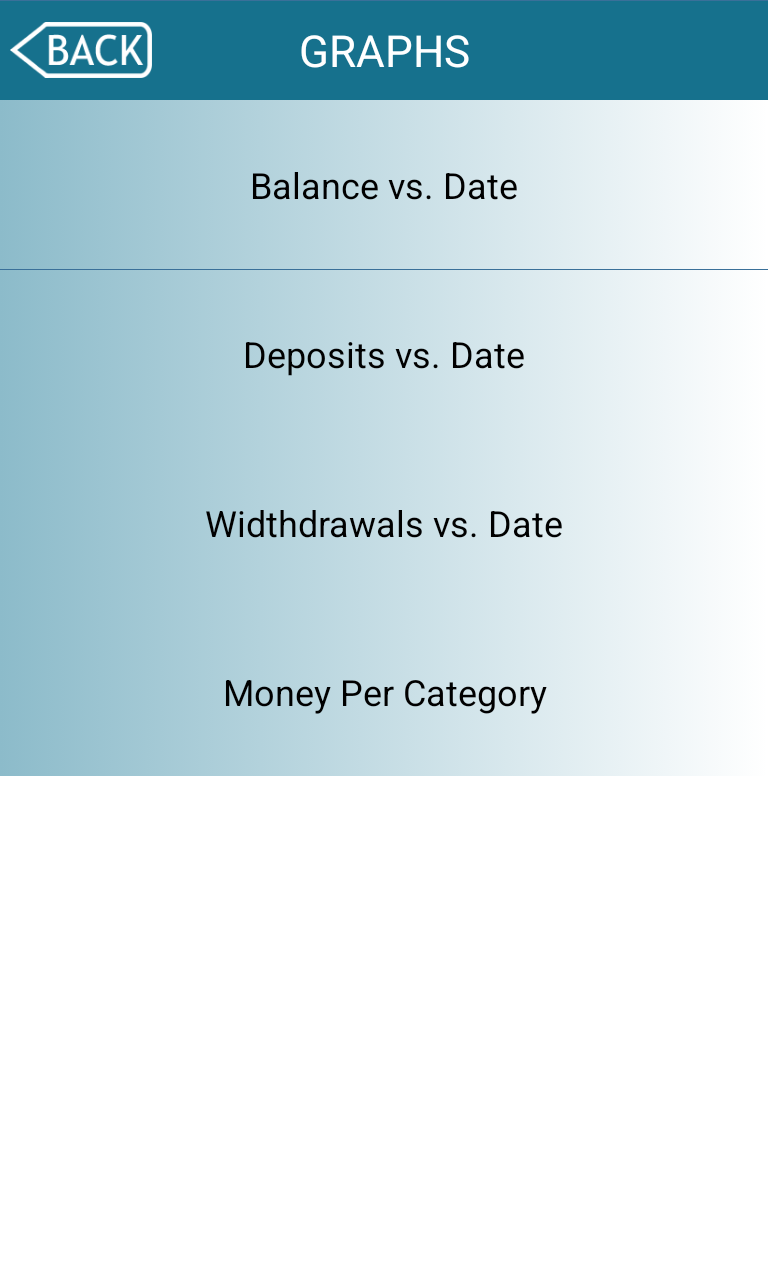
Repository: aawantika/frs
Layout: FinancialApplicationProject/FinancialApplication/src/main/res/layout/activity_graph.xml
An editor plug-in stored every save of this project. The layout is shown before and after the next save, followed by the edit.
It is drawn on a 768 x 1280 px phone screen (xhdpi) without system bars, with theme AppTheme; the app's code is not run.

Above is the layout before, as saved 2014-04-23 16:31:18.

### FinancialApplicationProject/FinancialApplication/src/main/res/layout/activity_graph.xml
<RelativeLayout xmlns:android="http://schemas.android.com/apk/res/android"
    xmlns:tools="http://schemas.android.com/tools"
    android:id="@+id/container"
    android:layout_width="match_parent"
    android:layout_height="match_parent"
    tools:context="edu.gatech.financialapplication.GraphActivity"
    tools:ignore="MergeRootFrame" >

    <TextView
        android:id="@+id/textView1"
        android:layout_width="fill_parent"
        android:layout_height="50dp"
        android:layout_alignParentTop="true"
        android:layout_centerHorizontal="true"
        android:background="#16718d"
        android:gravity="center"
        android:text="@string/graphsTitle"
        android:textAppearance="?android:attr/textAppearanceLarge"
        android:textColor="#ffffff" />

    <Button
        android:id="@+id/back"
        android:layout_width="71dp"
        android:layout_height="28dp"
        android:layout_alignParentLeft="true"
        android:layout_alignParentTop="true"
        android:layout_marginLeft="5dp"
        android:layout_marginTop="11dp"
        android:background="@drawable/back_button"
        android:onClick="onBackClick" />

    <Button
        android:id="@+id/wd"
        android:layout_width="wrap_content"
        android:layout_height="wrap_content"
        android:layout_alignParentLeft="true"
        android:layout_alignParentRight="true"
        android:layout_below="@+id/dd"
        android:background="@drawable/large_rectangle_selectorbutton"
        android:onClick="onWithdrawalClick"
        android:text="@string/wd" />

    <Button
        android:id="@+id/mpc"
        android:layout_width="wrap_content"
        android:layout_height="wrap_content"
        android:layout_alignParentLeft="true"
        android:layout_alignParentRight="true"
        android:layout_below="@+id/wd"
        android:background="@drawable/large_rectangle_selectorbutton"
        android:text="@string/mpc" />

    <Button
        android:id="@+id/dd"
        android:layout_width="wrap_content"
        android:layout_height="wrap_content"
        android:layout_alignParentLeft="true"
        android:layout_alignParentRight="true"
        android:layout_below="@+id/bd"
        android:background="@drawable/large_rectangle_selectorbutton"
        android:onClick="onDepositClick"
        android:text="@string/dd" />

    <Button
        android:id="@+id/bd"
        android:layout_width="wrap_content"
        android:layout_height="wrap_content"
        android:layout_alignParentLeft="true"
        android:layout_alignParentRight="true"
        android:layout_below="@+id/textView1"
        android:background="@drawable/large_rectangle_selectorbutton"
        android:onClick="onDepositClick"
        android:text="@string/bd" />

	<TextView
        android:id="@+id/border1"
        android:layout_width="fill_parent"
        android:layout_height="0.5dp"
        android:layout_alignParentLeft="true"
        android:layout_below="@+id/bd"
        android:background="#3a7099" />

	<TextView
        android:id="@+id/border2"
        android:layout_width="fill_parent"
        android:layout_height="0.5dp"
        android:layout_alignParentLeft="true"
        android:layout_below="@+id/scr"
        android:background="#3a7099" />

	<TextView
        android:id="@+id/border3"
        android:layout_width="fill_parent"
        android:layout_height="0.5dp"
        android:layout_alignParentLeft="true"
        android:layout_below="@+id/scr"
        android:background="#3a7099" />

	<TextView
        android:id="@+id/border4"
        android:layout_width="fill_parent"
        android:layout_height="0.5dp"
        android:layout_alignParentLeft="true"
        android:layout_below="@+id/scr"
        android:background="#3a7099" />


</RelativeLayout>

### FinancialApplicationProject/FinancialApplication/src/main/res/values/strings.xml
<?xml version="1.0" encoding="utf-8"?>
<resources>

    <string name="app_name">FooBar\'s Rib Shack</string>

    <!-- TextView -->
    <string name="firstname">First Name</string>
    <string name="lastname">Last Name</string>
    <string name="username">Username</string>
    <string name="password">Password</string>
    <string name="passwordHintText">Password Hint</string>
    <string name="email">Email</string>
    <string name="amount">Amount</string>
    <string name="balance">Balance</string>
    <string name="totalDeposits">Total Deposits</string>
    <string name="totalWithdrawals">Total Withdrawals</string>
    <string name="category">Category</string>
    <string name="reason">Reason</string>
    <string name="date">Date</string>
    <string name="startDate">Start Date</string>
    <string name="endDate">End Date</string>
    <string name="defaultAmount">Default Amount</string>
    <string name="forgotPassword">Forgot Password?</string>
    <string name="netFlow">Net Flow</string>
    <string name="accountNum">Account Number:</string>
    <string name="oldPassword">Old Password</string>
    <string name="newPassword">New Password</string>
    <string name="confirmPassword">Confirm Password</string>

    <!-- Hints/EditText -->
    <string name="usernameHint">Enter username</string>
    <string name="passwordHint">Enter password</string>
    <string name="passwordHintTextHint">Enter hint</string>
    <string name="firstnameHint">Enter first name</string>
    <string name="lastnameHint">Enter last name</string>
    <string name="emailHint">gburdell9@gatech.edu</string>
    <string name="dateHint">01/01/2014</string>
    <string name="defaultAmountHint">100USD or higher</string>
    <string name="reasonHint">Enter reason</string>
    <string name="amountHint">Enter amount</string>
    <string name="categoryHint">Enter category</string>
    <string name="oldPasswordHint">Enter old password</string>
    <string name="newPasswordHint">Enter new password</string>
    <string name="confirmPasswordHint">Reenter password</string>
    <string name="day">DD</string>
    <string name="month">MM</string>
    <string name="year">YYYY</string>

    <!-- Buttons -->
    <string name="login">Log In</string>
    <string name="register">Register</string>
    <string name="createAccount">Create Account</string>
    <string name="submit">Submit</string>
    <string name="deposit">Deposit</string>
    <string name="withdrawal">Withdrawal</string>
    <string name="reports">Reports</string>
    <string name="graphs">Graphs</string>
    <string name="back">Transactions</string>
    <string name="unused">unused</string>
    <string name="cancel">Cancel</string>
    <string name="home">Home</string>
    <string name="changePassword">Change Password</string>

    <!-- Titles -->
    <string name="registration">REGISTRATION</string>
    <string name="createAccountTitle">CREATE ACCOUNT</string>
    <string name="depositTitle">DEPOSIT</string>
    <string name="withdrawalTitle">WITHDRAWAL</string>
    <string name="reportsTitle">REPORTS</string>
    <string name="graphsTitle">GRAPHS</string>
    <string name="loginTitle">LOGIN</string>
    <string name="homeTitle">HOME</string>
    <string name="forgotTitle">FORGOT PASSWORD</string>
    <string name="csrTitle">CONSUMER SPENDING</string>
    <string name="isrTitle">INCOME SOURCE</string>
    <string name="cfrTitle">CASH FLOW</string>
    <string name="thrTitle">TRANSACTION HISTORY</string>


    <!-- Splash Screen -->
    <string name="teamNumber">Team 15</string>
    <string name="tika">Aawantika Sahu</string>
    <string name="max">Jason Bires</string>
    <string name="joseph">Hyun Jong Lee</string>
    <string name="prav">Pravallika Tadikonda</string>
    <string name="shannon">Shannon Nguyen</string>

    <!-- Date Picker -->
    <string name="startDateTV">Enter Start Date</string>
    <string name="endDateTV">Enter End Date</string>

    <!-- Reports -->
    <string name="scr">Spending Category Report</string>
    <string name="isr">Income Source Report</string>
    <string name="cfr">Cash Flow Report</string>
    <string name="thr">Transaction History Report</string>

    <!-- Graphs -->
    <string name="bd">Balance vs. Date</string>
    <string name="wd">Widthdrawals vs. Date</string>
    <string name="dd">Deposits vs. Date</string>
    <string name="mpc">Money Per Category</string>

    <!-- Categories for Withdrawal -->
    <string name="category_prompt">Choose category</string>

    <string-array name="category_array">
        <item>Gas</item>
        <item>Rent</item>
        <item>Clothing</item>
        <item>Business</item>
        <item>Groceries</item>
        <item>Entertainment</item>
    </string-array>

    <!-- ?? -->
    <string name="gas">Gas</string>
    <string name="rent">Rent</string>
    <string name="clothing">Clothing</string>
    <string name="business">Business</string>
    <string name="groceries">Groceries</string>
    <string name="entertainment">Entertainment</string>

    <!-- ??? -->
    <string name="hello_world">Hello world!</string>
    <string name="action_settings">Settings</string>
    <string name="logout">Logout</string>
    <string name="title_activity_graph">GraphActivity</string>

</resources>

### FinancialApplicationProject/FinancialApplication/src/main/res/drawable/back_button.xml
<?xml version="1.0" encoding="utf-8"?>
<selector xmlns:android="http://schemas.android.com/apk/res/android">
    <item android:drawable="@drawable/back2"
          android:state_pressed="true" />
    <item android:drawable="@drawable/back"
          android:state_focused="true" />
    <item android:drawable="@drawable/back" />
</selector>

### FinancialApplicationProject/FinancialApplication/src/main/res/drawable/large_rectangle_selectorbutton.xml
<?xml version="1.0" encoding="utf-8"?>
<selector xmlns:android="http://schemas.android.com/apk/res/android">
    <item android:drawable="@drawable/large_rectangle_selector2"
          android:state_pressed="true" />
    <item android:drawable="@drawable/large_rectangle_selector"
          android:state_focused="true" />
    <item android:drawable="@drawable/large_rectangle_selector" />
</selector>

### FinancialApplicationProject/FinancialApplication/src/main/res/drawable/large_rectangle_selector2.xml
<?xml version="1.0" encoding="utf-8"?>
<shape xmlns:android="http://schemas.android.com/apk/res/android" >
    <gradient
        android:endColor="#5ea3b9"
        android:startColor="#00004a80"
        android:angle="180" />
    <padding
        android:left="10dp"
        android:right="10dp"
        android:top="30dp"
        android:bottom="30dp" />
</shape>

### FinancialApplicationProject/FinancialApplication/src/main/res/drawable/large_rectangle_selector.xml
<?xml version="1.0" encoding="utf-8"?>
<shape xmlns:android="http://schemas.android.com/apk/res/android" >
    <gradient
        android:endColor="#8cbbca"
        android:startColor="#00004a80"
        android:angle="180" />
    <padding
        android:left="10dp"
        android:right="10dp"
        android:top="30dp"
        android:bottom="30dp" />
</shape>

Loaded but not shown: FinancialApplicationProject/FinancialApplication/src/main/res/values/styles.xml (common file)

After the next save:
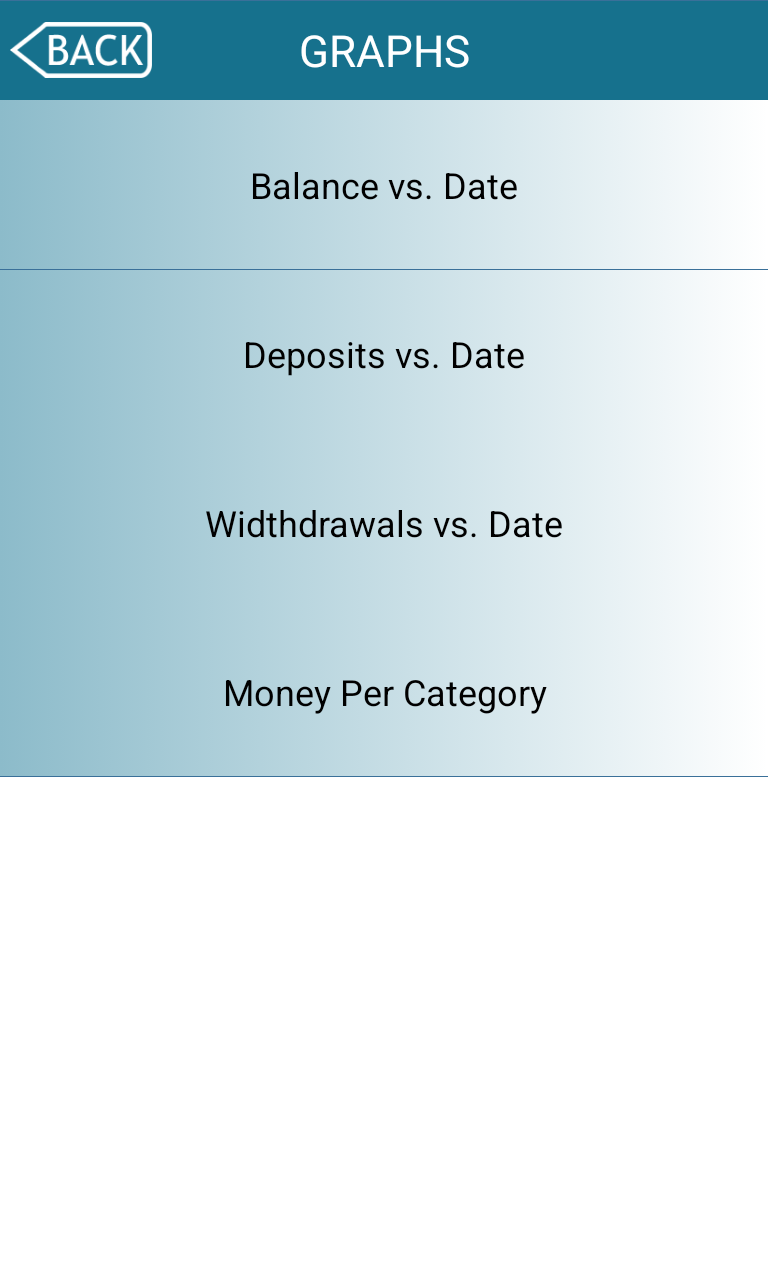
Saved 14 s later.
--- a/FinancialApplicationProject/FinancialApplication/src/main/res/layout/activity_graph.xml
+++ b/FinancialApplicationProject/FinancialApplication/src/main/res/layout/activity_graph.xml
@@ -85,7 +85,7 @@
         android:layout_width="fill_parent"
         android:layout_height="0.5dp"
         android:layout_alignParentLeft="true"
-        android:layout_below="@+id/scr"
+        android:layout_below="@+id/bb"
         android:background="#3a7099" />
 
 	<TextView
@@ -93,7 +93,7 @@
         android:layout_width="fill_parent"
         android:layout_height="0.5dp"
         android:layout_alignParentLeft="true"
-        android:layout_below="@+id/scr"
+        android:layout_below="@+id/db"
         android:background="#3a7099" />
 
 	<TextView
@@ -101,7 +101,7 @@
         android:layout_width="fill_parent"
         android:layout_height="0.5dp"
         android:layout_alignParentLeft="true"
-        android:layout_below="@+id/scr"
+        android:layout_below="@+id/mpc"
         android:background="#3a7099" />
 
 
